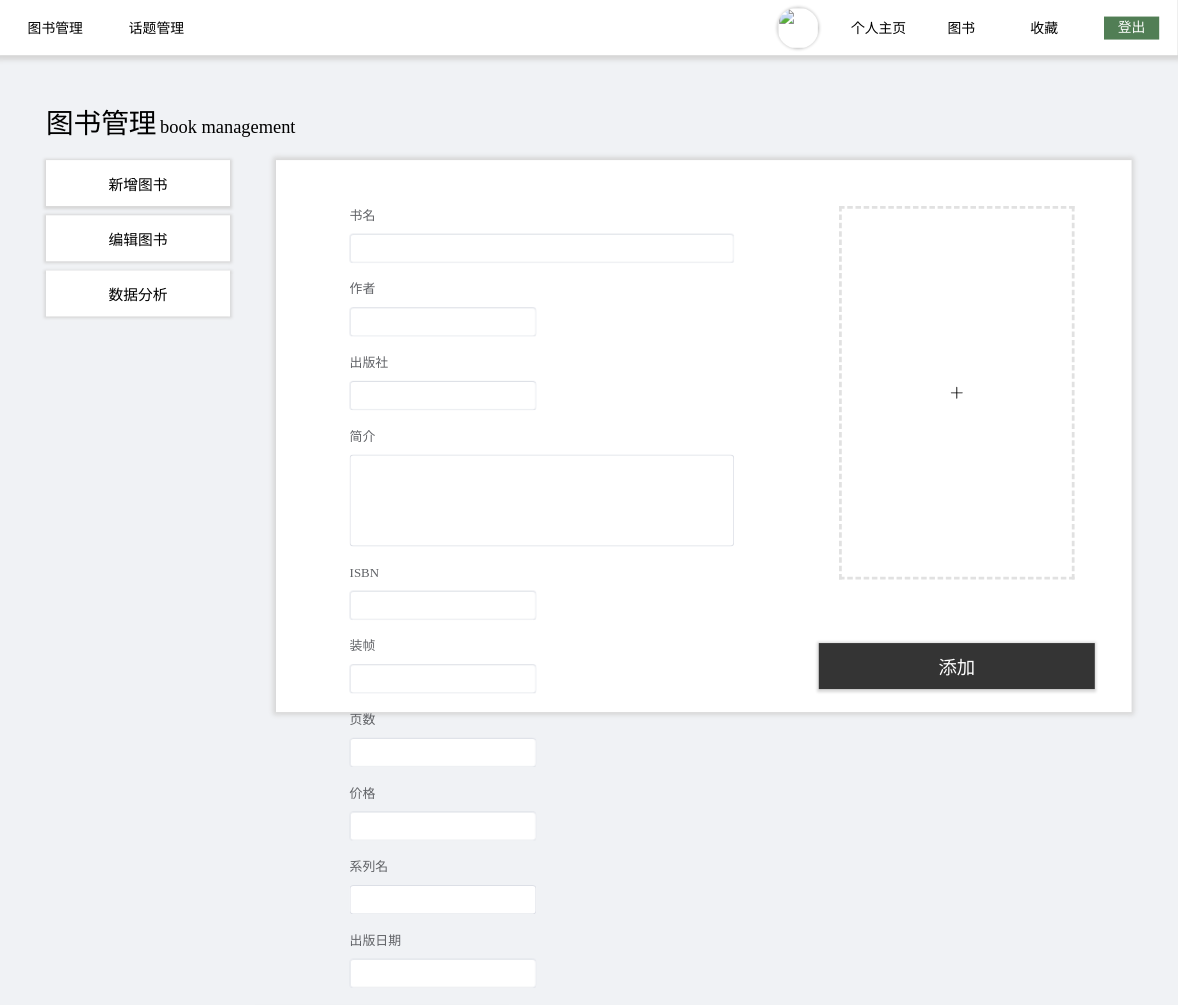
Repository: quanwangniuniu/Oasis-Reading-Platform
Page: /#/admin/managebooks/add (app in Vue-frontend/)
An editor plug-in stored every save of this project. The page is shown before and after the next save, followed by the edit.
The browser window is 1280 px wide. The pictures show the whole page, at 92% of full size.
The page's requests for data from a server got no answer. Some web fonts or font styles are not loaded; a fallback is used. The project was rebuilt for these pictures with package versions that can differ from the ones it lists, and the page was loaded fresh each time. No one was signed in, and anything a server would have sent is missing. Also part of the build but not shown: Vue-frontend/vite.config.js, Vue-frontend/src/components/Test.vue, Vue-frontend/src/components/user/books/BookCard.vue, Vue-frontend/src/components/user/books/Books.vue, Vue-frontend/src/components/axios/favourite_api.js, Vue-frontend/src/components/user/movies/FavouriteBookCard.vue, Vue-frontend/src/components/user/movies/FavouritesFolderCard.vue, Vue-frontend/src/components/user/movies/Favourites.vue and 25 more.

Above is the page before, as saved 2023-04-21 15:03:25.

After the next save:
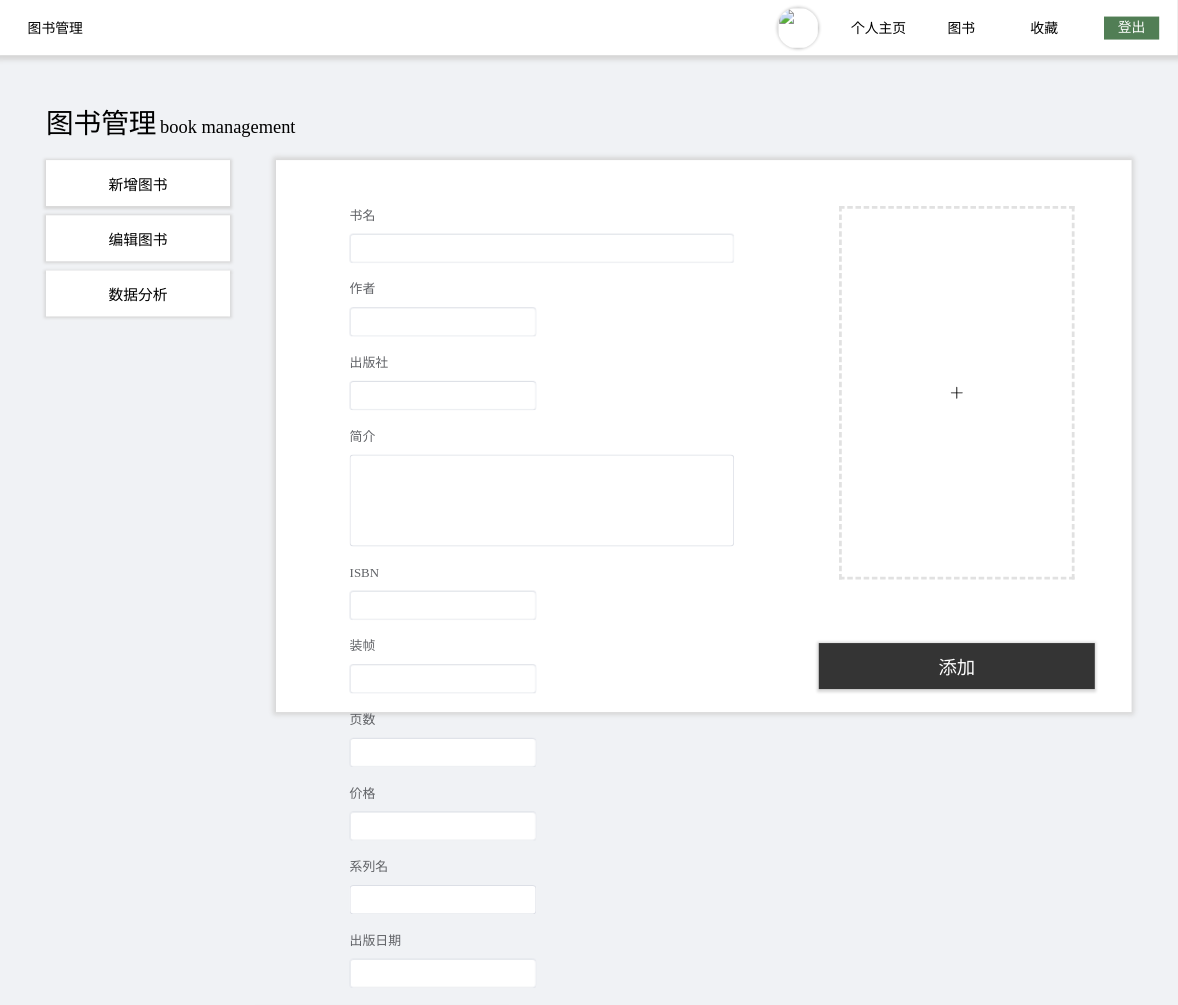
Saved 104 s later.
--- a/Vue-frontend/src/components/admin/header/AdminHeader.vue
+++ b/Vue-frontend/src/components/admin/header/AdminHeader.vue
@@ -31,7 +31,6 @@
             <div class="container">
                 <div class="left">
                     <div class="nav"><router-link to="/admin/managebooks/add">图书管理</router-link></div>
-                    <div class="nav"><router-link to="/admin/managebooks/add">话题管理</router-link></div>
                 </div>
 
                 <div class="right">
